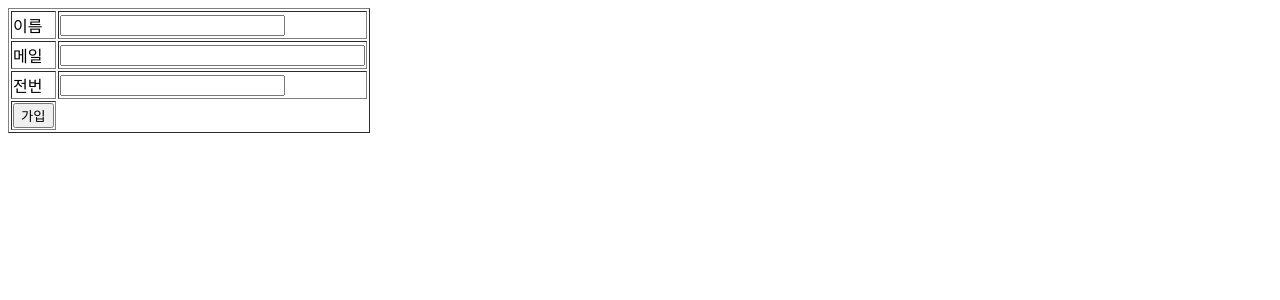
Repository: noopzzya/study_jsp_globalin
Page: http://localhost/ServletProject/actiontag/register.jsp
The author's editor kept a copy of each file at every save. The page is drawn from the files as they stood at one save, then again after the next save.
The browser window is 1280 px wide. The pictures show the whole page.
The page is served by Tomcat 9.

Above is the page before, as saved 2023-02-02 01:11:10.

After the next save:
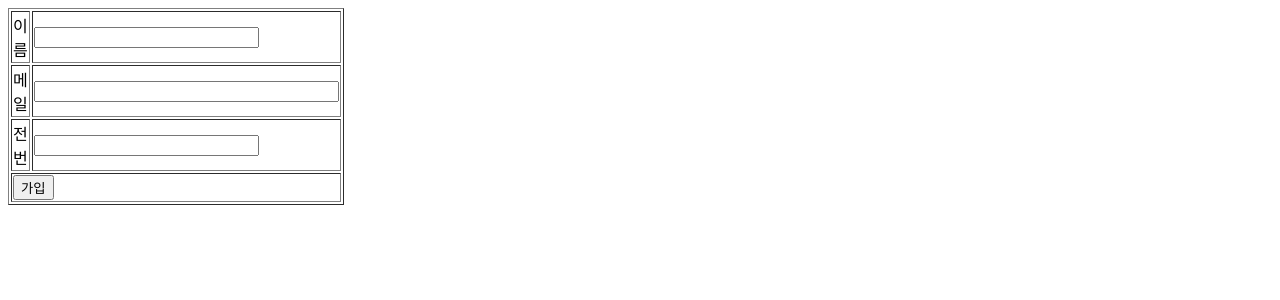
Saved 19 s later.
--- a/ServletProject/src/main/webapp/actiontag/register.jsp
+++ b/ServletProject/src/main/webapp/actiontag/register.jsp
@@ -25,7 +25,7 @@
 	</tr>
 
 	<tr>
-		<td>
+		<td colspan="2">
 			<input type="submit" value="가입">
 		</td>
 	</tr>
